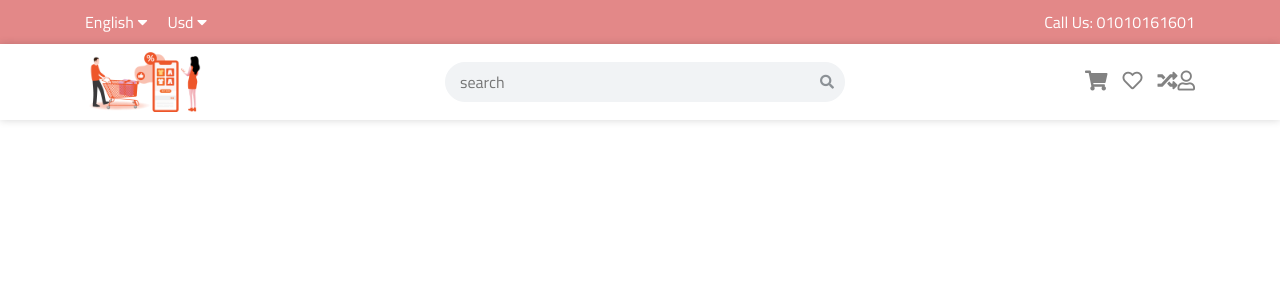
Repository: amrh20/ecommerce-temp
Page: src/index.html
An editor plug-in stored every save of this project. The page is shown before and after the next save, followed by the edit.
The browser window is 1280 px wide. The pictures show the whole page.
The style sheet was rebuilt from its Sass, Less or Tailwind sources for each picture, by a compiler version that may differ from the author's.

Above is the page before, as saved 2020-01-19 11:24:08.

After the next save:
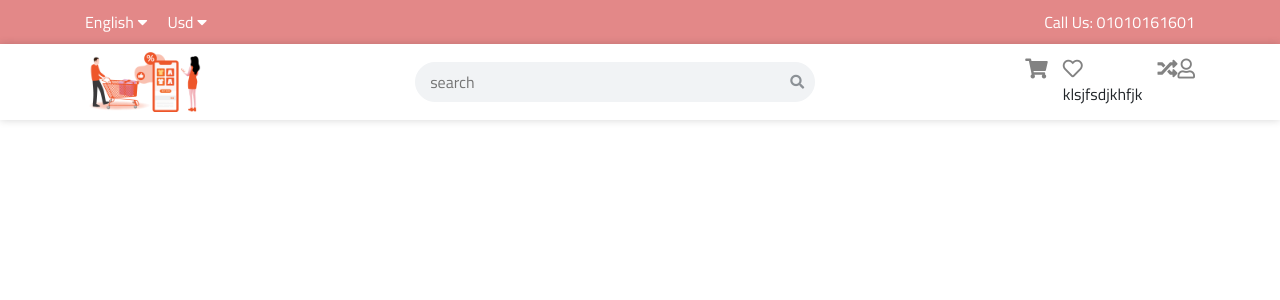
Saved 22 s later.
--- a/src/index.html
+++ b/src/index.html
@@ -154,7 +154,9 @@
                   <div class="icon_head">
                     <i class="far fa-heart"></i>
                   </div>
-
+                  <div class="wishlist-view_content">
+                    klsjfsdjkhfjk
+                  </div>
 
                 </div>
                 <div class="icon">

After the 2 saves that followed:
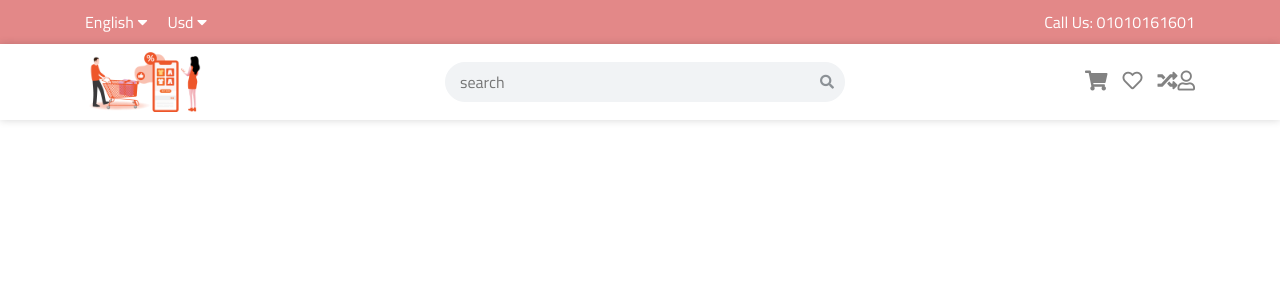
The 2 saves are shown as one change because 1 left the picture as it was.
The last was saved 94 s later.
--- a/src/index.html
+++ b/src/index.html
@@ -154,7 +154,7 @@
                   <div class="icon_head">
                     <i class="far fa-heart"></i>
                   </div>
-                  <div class="wishlist-view_content">
+                  <div class="wishlist-view_content custom_content">
                     klsjfsdjkhfjk
                   </div>
 
--- a/src/styles/header.scss
+++ b/src/styles/header.scss
@@ -98,11 +98,10 @@
           color: $icons-color;
           cursor: pointer;
         }
+        // shopping cart view
         .shopping-cart {
           position: relative;
           margin-right: 15px;
-
-
           .shopping-cart_row {
             padding: 5px 25px;
             display: flex;
@@ -169,9 +168,11 @@
             }
           }
         }
+
         // wishlist veiw
         .wishlist-view {
           margin-right: 15px;
+          position: relative;
         }
       }
     }
